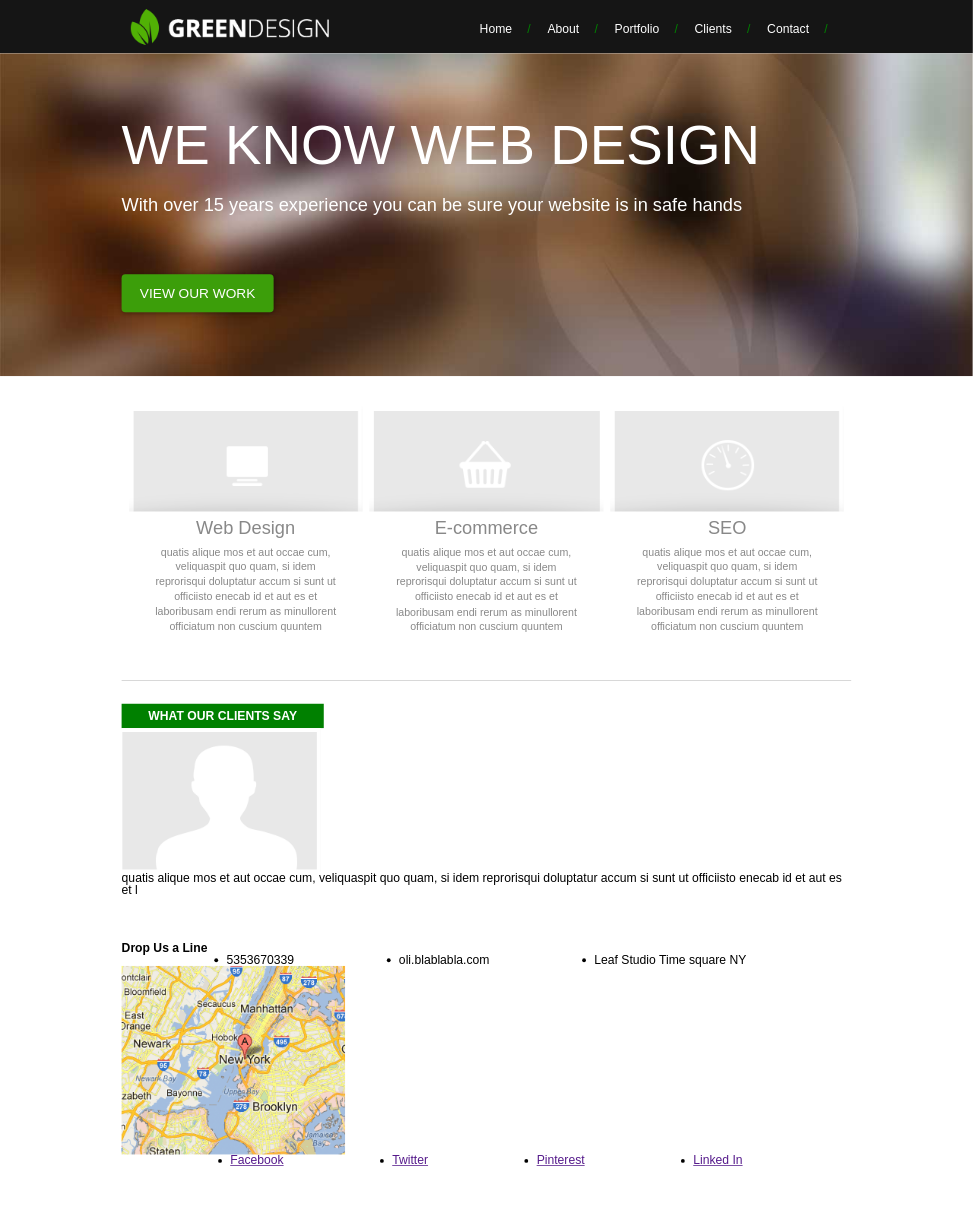
Repository: Piterwk1/psd-to-html
Page: website/index.html
These files come from the project's save history. The page is drawn as it stood at one moment and after the next save; the edit follows.
The browser window is 1280 px wide. The pictures show the whole page, at 76% of full size.

Above is the page before, as saved 2021-09-14 21:33:06.

### website/index.html
<html lang="en">

<head>
    <meta charset="UTF-8">
    <meta http-equiv="X-UA-Compatible" content="IE=edge">
    <meta name="viewport" content="width=device-width, initial-scale=1.0">
    <title>Green Design</title>
    <link rel="stylesheet" href="style.css">
</head>

<body>
    <header>
        <div class="wrapper">
            <h1 id="logo">Green Design</h1>
            <nav>
                <h2>Main Navigation</h2>
                <ul>
                    <li><a href="">Home</a><span>/</span></li>
                    <li><a href="">About</a><span>/</span></li>
                    <li><a href="">Portfolio</a><span>/</span></li>
                    <li><a href="">Clients</a><span>/</span></li>
                    <li><a href="">Contact</a><span>/</span></li>
                </ul>
            </nav>
        </div>
    </header>
    <div id="lead-banner">
        <img src="images/Baner.jpg" alt="main banner">
        <div class="banner-overlay">
            <div class="wrapper">
                <div class="banner-title">We know web Design</div>
                <p>With over 15 years experience you can be sure your website is in safe hands</p>
                <a href="">View our work</a>
            </div>
        </div>
    </div>
    <div id="main-content">

        <div class="wrapper">

            <section id="points-of-sale">
                <h2>Point of Sale</h2>
                <ul>
                    <li>
                        <img src="images/cs1.png" alt="Web Design">
                        <h3>Web Design</h3>
                        <p>quatis alique mos et aut occae cum, veliquaspit quo quam, si idem reprorisqui doluptatur
                            accum si
                            sunt ut officiisto enecab id et aut es et laboribusam endi rerum as minullorent officiatum
                            non
                            cuscium quuntem</p>
                    </li>
                    <li>
                        <img src="images/cs2.png" alt="E-commerce">
                        <h3>E-commerce</h3>
                        <p>quatis alique mos et aut occae cum, veliquaspit quo quam, si idem reprorisqui doluptatur
                            accum si
                            sunt ut officiisto enecab id et aut es et laboribusam endi rerum as minullorent officiatum
                            non
                            cuscium quuntem</p>
                    </li>
                    <li>
                        <img src="images/cs3.png" alt="SEO">
                        <h3>SEO</h3>
                        <p>quatis alique mos et aut occae cum, veliquaspit quo quam, si idem reprorisqui doluptatur
                            accum si
                            sunt ut officiisto enecab id et aut es et laboribusam endi rerum as minullorent officiatum
                            non
                            cuscium quuntem</p>
                    </li>
                </ul>
            </section>
            <section id="clients">
                <h2>What Our Clients Say</h2>
                <img src="images/head.png" alt="head">
                <!-- <img src="images/quotes.png" alt="quotes"> -->
                <blockquote>quatis alique mos et aut occae cum, veliquaspit quo quam, si idem reprorisqui doluptatur
                    accum
                    si sunt ut officiisto enecab id et aut es et l</blockquote>
            </section>
            <section id="contact">
                <h2>Drop Us a Line</h2>
                <ul id="contact-methods">
                    <li>5353670339</li>
                    <li>oli.blablabla.com</li>
                    <li>
                        <span>Leaf Studio</span>
                        <span>Time square</span>
                        <span>NY</span>
                    </li>
                </ul>
                <img src="images/map.png" alt="map">
                <ul id="social-map">
                    <li class="facebook"><a href="">Facebook</a></li>
                    <li class="twitter"><a href="">Twitter</a></li>
                    <li class="pinterest"><a href="">Pinterest</a></li>
                    <li class="linked-in"><a href="">Linked In</a></li>
                </ul>
            </section>
        </div>
    </div>
</body>

</html>

### website/style.css
html,
body,
div,
span,
object,
iframe,
h1,
h2,
h3,
h4,
h5,
h6,
p,
blockquote,
pre,
abbr,
address,
cite,
code,
del,
dfn,
em,
img,
ins,
kbd,
q,
samp,
small,
strong,
sub,
sup,
var,
b,
i,
dl,
dt,
dd,
ol,
ul,
li,
fieldset,
form,
label,
legend,
table,
caption,
tbody,
tfoot,
thead,
tr,
th,
td,
article,
aside,
canvas,
details,
figcaption,
figure,
footer,
header,
hgroup,
menu,
nav,
section,
summary,
time,
mark,
audio,
video {
  margin: 0;
  padding: 0;
  border: 0;
  outline: 0;
  font-size: 100%;
  vertical-align: baseline;
  background: transparent;
  font-family: arial;
}

body {
  line-height: 1;
}

article,
aside,
details,
figcaption,
figure,
footer,
header,
hgroup,
menu,
nav,
section {
  display: block;
}

nav ul {
  list-style: none;
}

blockquote,
q {
  quotes: none;
}

blockquote:before,
blockquote:after,
q:before,
q:after {
  content: "";
  content: none;
}

a {
  margin: 0;
  padding: 0;
  font-size: 100%;
  vertical-align: baseline;
  background: transparent;
}

/* change colours to suit your needs */
ins {
  background-color: #ff9;
  color: #000;
  text-decoration: none;
}

/* change colours to suit your needs */
mark {
  background-color: #ff9;
  color: #000;
  font-style: italic;
  font-weight: bold;
}

del {
  text-decoration: line-through;
}

abbr[title],
dfn[title] {
  border-bottom: 1px dotted;
  cursor: help;
}

table {
  border-collapse: collapse;
  border-spacing: 0;
}

/* change border colour to suit your needs */
hr {
  display: block;
  height: 1px;
  border: 0;
  border-top: 1px solid #cccccc;
  margin: 1em 0;
  padding: 0;
}

input,
select {
  vertical-align: middle;
}

header div {
  display: flex;
  justify-content: space-between;
  width: 100%;
  max-width: 960px;
  margin: 0 auto;
}

.wrapper {
  width: 100%;
  max-width: 960px;
  margin: 0 auto;
}

header {
  background: #151515;
}

#logo {
  background: url(images/Logo.png) no-repeat;
  height: 70px;
  width: 280px;
  text-indent: -100000px;
}

header nav {
  margin-top: 30px;
  margin-right: 20px;
  width: 50%;
}

header nav h2 {
  height: 0;
  text-indent: -100000px;
}
header nav a {
  color: #fff;
  text-decoration: none;
  font-family: arial;
}

header nav ul {
  display: flex;
  justify-content: space-around;
}

header nav span {
  color: green;
  margin-left: 20px;
}

#lead-banner img {
  width: 100%;
}

#lead-banner {
  max-height: 440px;
  overflow: hidden;
  position: relative;
}

.banner-overlay {
  position: absolute;
  top: 20%;
  width: 100%;
}

.banner-title {
  color: #fff;
  text-transform: uppercase;
  font-size: 72px;
}

#lead-banner p {
  color: #fff;
  font-size: 24px;
  min-width: 600px;
  margin-top: 30px;
}

#lead-banner a {
  color: #fff;
  display: block;
  width: 200px;
  font-size: 18px;
  text-align: center;
  padding: 16px 0;
  text-decoration: none;
  text-transform: uppercase;
  border-radius: 5px;
  margin-top: 80px;
  box-shadow: 1px 1px 6px rgba(0, 0, 0, 0.4);

  /* Permalink - use to edit and share this gradient: https://colorzilla.com/gradient-editor/#3c9e0a+0,3c9e0a+100 */
  background: #3c9e0a; /* Old browsers */
  background: -moz-linear-gradient(
    top,
    #3c9e0a 0%,
    #3c9e0a 100%
  ); /* FF3.6-15 */
  background: -webkit-linear-gradient(
    top,
    #3c9e0a 0%,
    #3c9e0a 100%
  ); /* Chrome10-25,Safari5.1-6 */
  background: linear-gradient(
    to bottom,
    #3c9e0a 0%,
    #3c9e0a 100%
  ); /* W3C, IE10+, FF16+, Chrome26+, Opera12+, Safari7+ */
  filter: progid:DXImageTransform.Microsoft.gradient( startColorstr='#3c9e0a', endColorstr='#3c9e0a',GradientType=0 ); /* IE6-9 */
}

section {
    margin: 40px 0 60px;
}

section#points-of-sale ul {
    list-style: none;
}

#points-of-sale h2 {
    height: 0;
    text-indent: -10000px;
}

section ul {
    display: flex;
    justify-content: space-evenly;
}

#points-of-sale li {
    width: 32%;
}

#points-of-sale li img {
    width: 100%;
}

#points-of-sale li h3 {

    text-align: center;
    color:  #888;
    font-size: 24px;
    font-weight: normal;
    margin: 10px  10px;
}

#points-of-sale p {
    text-align: center;
    width: 80%;
    margin: 0 10%;
    font-size: 14px;
    color: #888;
    line-height: 1.4em;
}

#clients {
    border-top: 1px solid #ccc;
    padding-top: 30px;
}

#clients h2{
background: green;
color: #fff;
padding: 8px;
text-align: center;
width: 250px;
text-transform: uppercase;
}

After the next save:
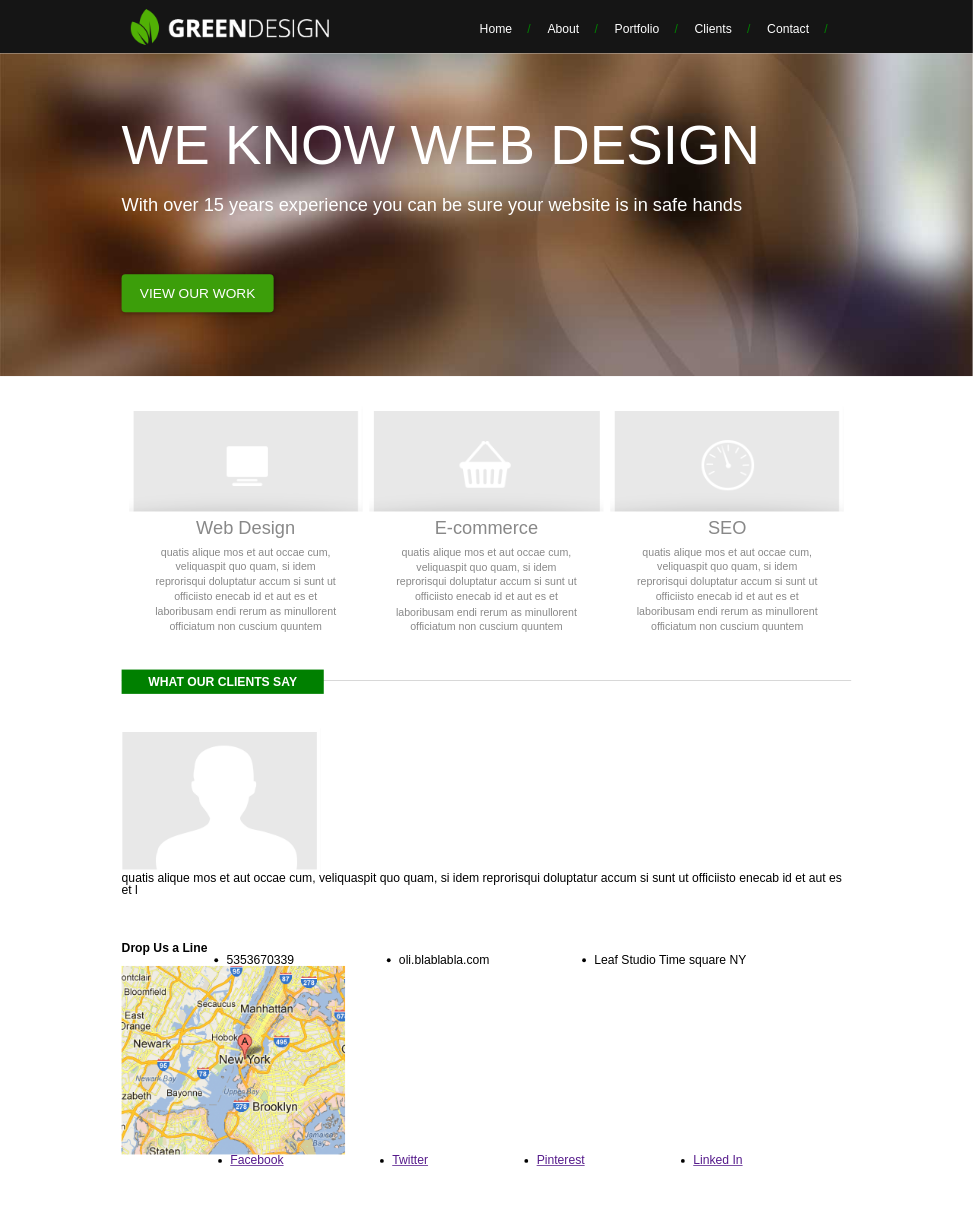
Saved 40 s later.
--- a/website/style.css
+++ b/website/style.css
@@ -334,4 +334,6 @@ padding: 8px;
 text-align: center;
 width: 250px;
 text-transform: uppercase;
-}
+position: relative;
+top: -45px;
+}
